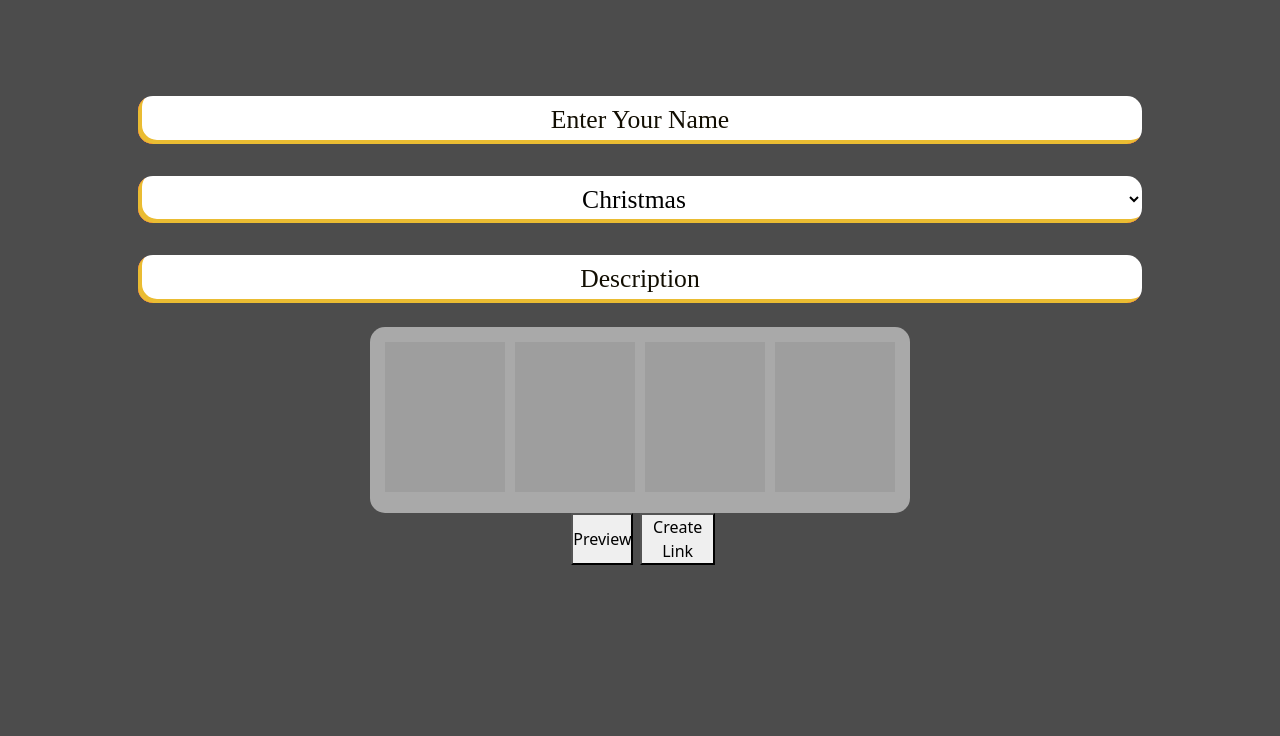
Repository: Haneef-Shaik/Greetings
Page: /
An editor plug-in stored every save of this project. The page is shown before and after the next save, followed by the edit.
The browser window is 1280 px wide. The pictures show the whole page.
Pictures or frames that could not be fetched are drawn as grey boxes. The project was rebuilt for these pictures with package versions that can differ from the ones it lists, and the page was loaded fresh each time. The framework's server and built-in components were replaced by stand-ins that run in the browser. Also part of the build but not shown: next.config.js, styles/card.module.scss, components/card.js, styles/socialShare.module.scss, components/socialShare.js.

Above is the page before, as saved 2021-12-01 21:11:41.

### pages/_app.js
import '../styles/globals.css'
import 'bootstrap/dist/css/bootstrap.css'


function MyApp({ Component, pageProps }) {
  return <Component {...pageProps} />
}

export default MyApp

### pages/index.js
import Card from "../components/card.js";
import {useRouter} from 'next/router';
import Ss from "../components/socialShare"
import InpFrm from "../components/form"

export default function Home() {
  const {query} = useRouter();
  const myurls='https://gratefulprayerthankfulheart.com/wp-content/uploads/2014/12/aquawhitechristmastreegreeting.jpg';

  if(query.length > 0)
  {

    if(query.greeting)
    {
      return (
        <>
          <Card event={query.event} image={query.bgImg} name={query.name} greeting={query.greeting}  />
        </>
          )
    }
    else
    {
      return (
        <>
          <Card event={query.event} image={query.bgImg} name={query.name}  />
        </>
          )
    }

  }
  else
  {
    return (
        <>
          <InpFrm />
        </>
        )
  }
    // return (
    //   <>
        {/* <Card event='Event' image={myurls} name='Name' color='red' greeting="Lorem Ipsum is simply dummy text of the printing and typesetting industry. Lorem Ipsum has been thing software like Aldus PageMaker including versions of Lorem Ipsum."  /> */}
        {/* <Ss mylink="localhost:3000/name=haneef&event=christmas" /> */}
    {/*     <Ss mylink="localhost:3000/name=haneef&event=christmasW&sddsajnodsoduaibdadbksa" /> */}
    //   </>
    //     )

}

### components/form.js
/* eslint-disable no-undef */
import React, {useState,useRef} from 'react'

import 'bootstrap/dist/css/bootstrap.min.css';
import styles from '../styles/form.module.scss';
import IMAGE from 'next/image'


function Edit() {

    const [IMG1,setImg]=useState('christmas.png');


    return (
        <div className="container-fluid p-2 "  style={{backgroundColor:'#4C4C4C'} }>
            <div className="container">
                <div className="row">
                    <div className="col-12">
                        <div className={styles.formContainer} >
                            <form className="formStyle">
                                <input type="text" placeholder="Enter Your Name" className="col-12" required />

                                <select name="festival" className="col-12 p-2">
                                    <option value="christmas">Christmas</option>
                                    <option value="newYear">New Year</option>
                                </select>

                                <input type="text" placeholder="Description" className="col-12" optional />

                                <div className="d-flex justify-content-around align-items-center flex-wrap mt-4" style={{backgroundColor:'darkgrey',borderRadius:'15px',padding:'10px'}}>
                                    {/* <label htmlFor="img1">
                                        <IMAGE src='/images/christmas/christmas.png' width={200} height={100} />
                                    </label>
                                    <label htmlFor="img2">
                                        <IMAGE src='/images/christmas/christmas.png' width={200} height={100} />
                                    </label>
                                    <label htmlFor="img3">
                                        <IMAGE src='/images/christmas/christmas.png' width={200} height={100} />
                                    </label>
                                    <label htmlFor="img4">
                                        <IMAGE src='/images/christmas/christmas.png' width={200} height={100} />
                                    </label>
                                    <input type="radio" name="BgImage" className="bgImg" id="img1" hidden="true" />
                                    <input type="radio" name="BgImage" className="bgImg" id="img2" hidden="true" />
                                    <input type="radio" name="BgImage" className="bgImg" id="img3" hidden="true" />
                                    <input type="radio" name="BgImage" className="bgImg" id="img4" hidden="true" /> */}

                                <button onClick={()=>setImg('christmas.png')} className="btn p-1">
                                    <IMAGE src='/images/christmas/christmas.png' width="120" height="150" />
                                </button>

                                <button onClick={()=>setImg('christmas1.png')} className="btn p-1">
                                    <IMAGE src='/images/christmas/christmas1.png' width="120" height="150" />
                                </button>

                                <button onClick={()=>setImg('christmas2.png')} className="btn p-1">
                                    <IMAGE src='/images/christmas/christmas2.png' width="120" height="150" />
                                </button>

                                <button onClick={()=>setImg('christmas2.png')} className="btn p-1">
                                    <IMAGE src='/images/christmas/christmas2.png' width="120" height="150" />
                                </button>

                                </div>

                                <div className="footerBanner">
                                    <div className="row ">
                                        <div className="col p-0 m-0 d-flex justify-content-around "  > <button className=""  >Preview</button></div>
                                        <div className="col p-0 m-0 d-flex justify-content-around "  > <button className=""  > Create Link </button></div>
                                    </div>
                                </div>
                            </form>
                        </div>
                    </div>
                </div>
            </div>
        </div>
    )
}


class InvitationCard extends React.Component{
    render(){
        return (

                <div className="body p-2" style={{backgroundColor: this.props.c,backgroundImage:`url(${this.props.im})`,backgroundSize:350,backgroundRepeat:'no-repeat'}} >
                    <h1 id="heading" style={{color: this.props.heading}}>{this.props.name}</h1>
                    <p style={{marginTop: "50px",color: this.props.content}}>{this.props.message}</p>
                    <p style={{color: this.props.content}} id="toWhom">{this.props.to}</p>
                </div>
        )
    }

}



export default Edit;

### styles/form.module.scss
.formContainer{
    padding:5%;
    min-height:100vh;
    background-color:#4C4C4C;
    // background: linear-gradient(#920000,#800000,#6D0000,#490000);
    input , select {
        margin-top:2rem;

        text-align:center;
        font-family: 'Times New Roman', Times, serif;
        font-size:1.6rem;
        border:none;

        background-color:#fff;
        border-radius:15px;
        box-shadow: inset 4px -4px 0px #EABC32 , inset 2px -2px 0px #f00 ;
        line-height:3rem;
        &::placeholder{
            color:#120E02;
        }
    }
    form{
        display: flex;
        align-items:center;
        justify-content: space-evenly;
        flex-direction: column;
        flex-wrap: wrap;
    }
    .bgImg:active{
        border: 5px solid white;
    }
}

Loaded but not shown: pages/api/hello.js (common file); styles/globals.css (common file)

After the next save:
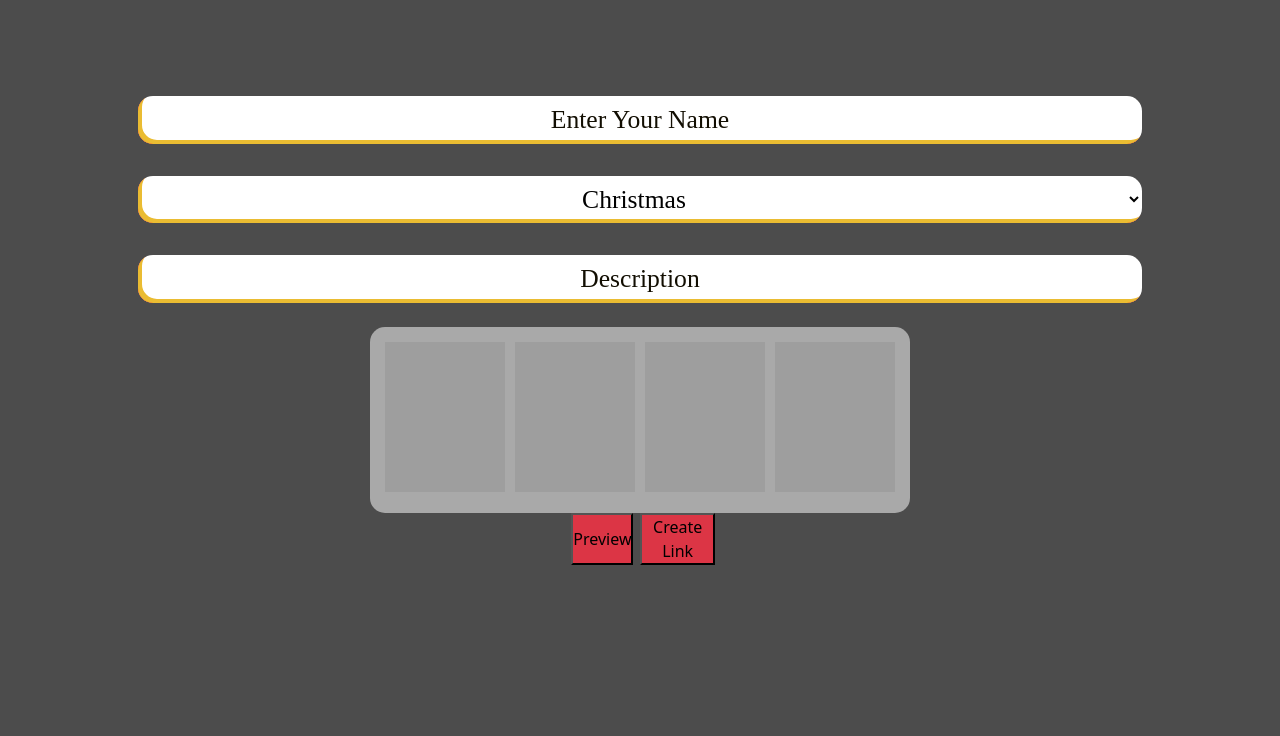
Saved 11 s later.
--- a/components/form.js
+++ b/components/form.js
@@ -65,8 +65,8 @@ function Edit() {
 
                                 <div className="footerBanner">
                                     <div className="row ">
-                                        <div className="col p-0 m-0 d-flex justify-content-around "  > <button className=""  >Preview</button></div>
-                                        <div className="col p-0 m-0 d-flex justify-content-around "  > <button className=""  > Create Link </button></div>
+                                        <div className="col p-0 m-0 d-flex justify-content-around "  > <button className="bg-danger"  >Preview</button></div>
+                                        <div className="col p-0 m-0 d-flex justify-content-around "  > <button className="bg-danger"  > Create Link </button></div>
                                     </div>
                                 </div>
                             </form>
